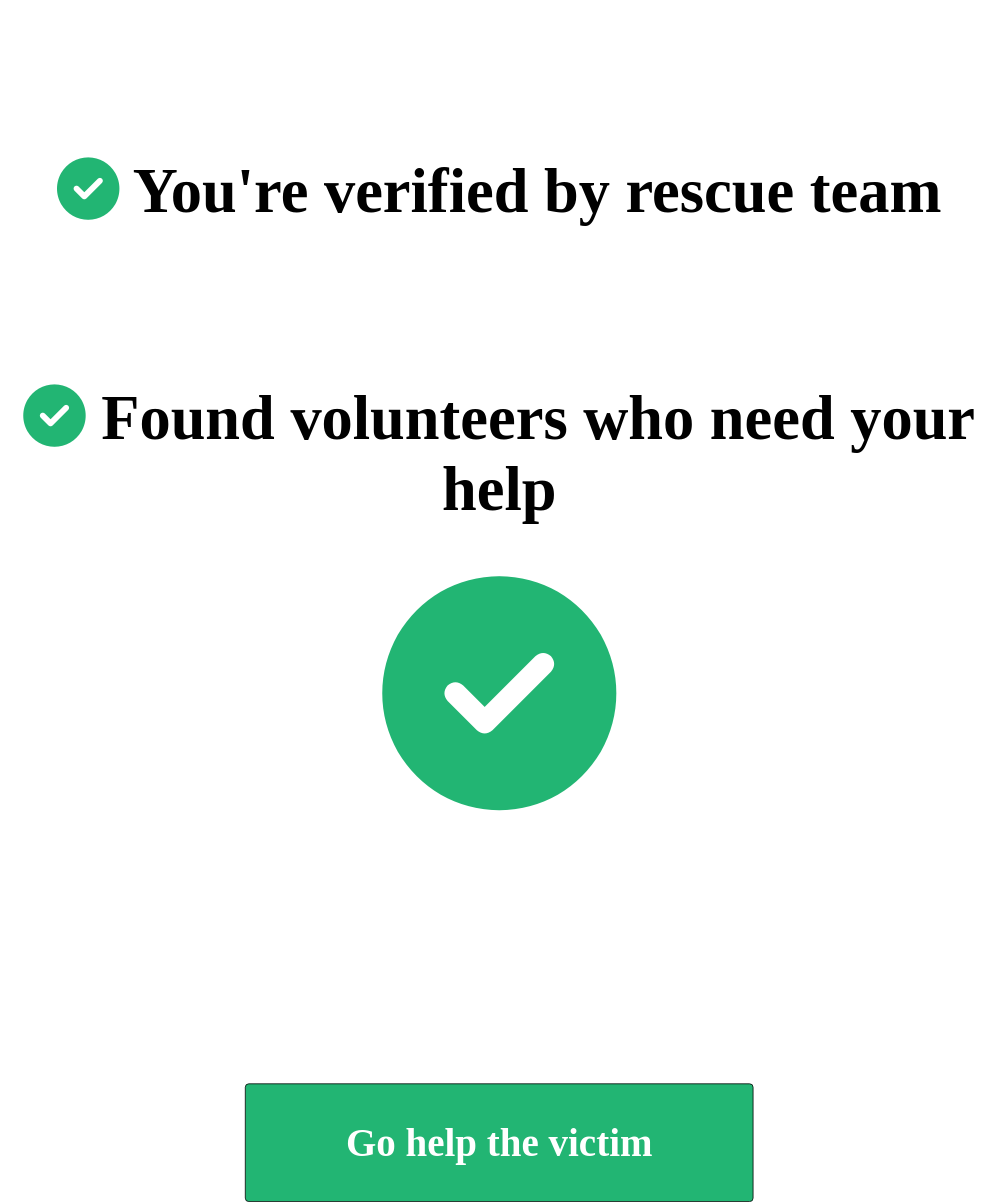
Repository: KittichoteKamalapirat/EMS-management-system
Page: approve.html
The author's editor kept a record of every edit. The page is drawn from the files as they stood at one moment, then again after the next edit.
The browser window is 1280 px wide. The pictures show the whole page, at 78% of full size.
Some web libraries are served in a nearby version.

Above is the page before.

After the next edit:
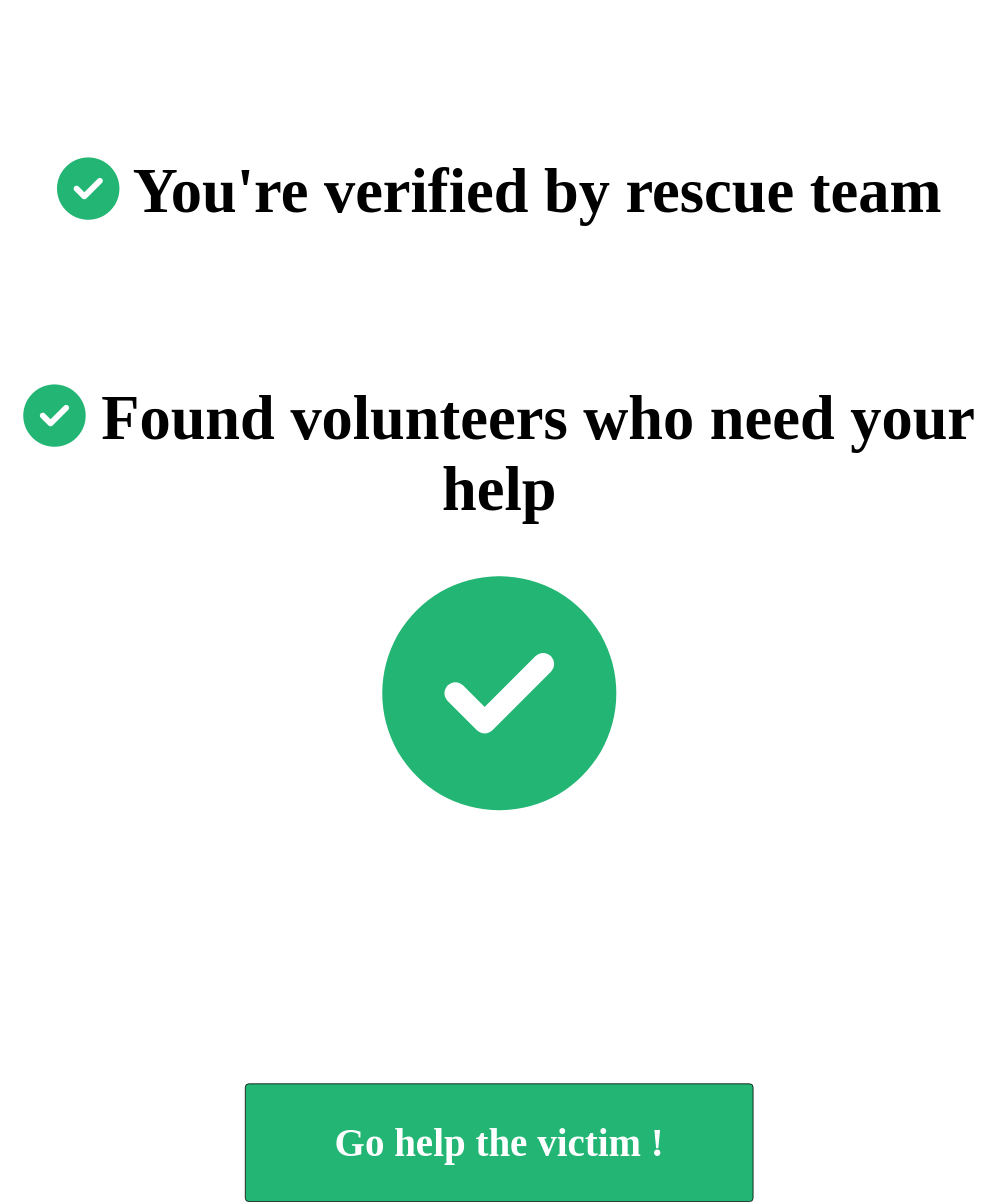
The edit:
--- a/approve.html
+++ b/approve.html
@@ -12,7 +12,7 @@
         <div class = "thanks">
             <i class="fa fa-check-circle fa-3x " ></i>
         </div>
-        <h3 class="go" href="/map">Go help the victim </h3>
+        <h3 class="go" href="/map">Go help the victim ! </h3>
     </div>
 
 </body>
